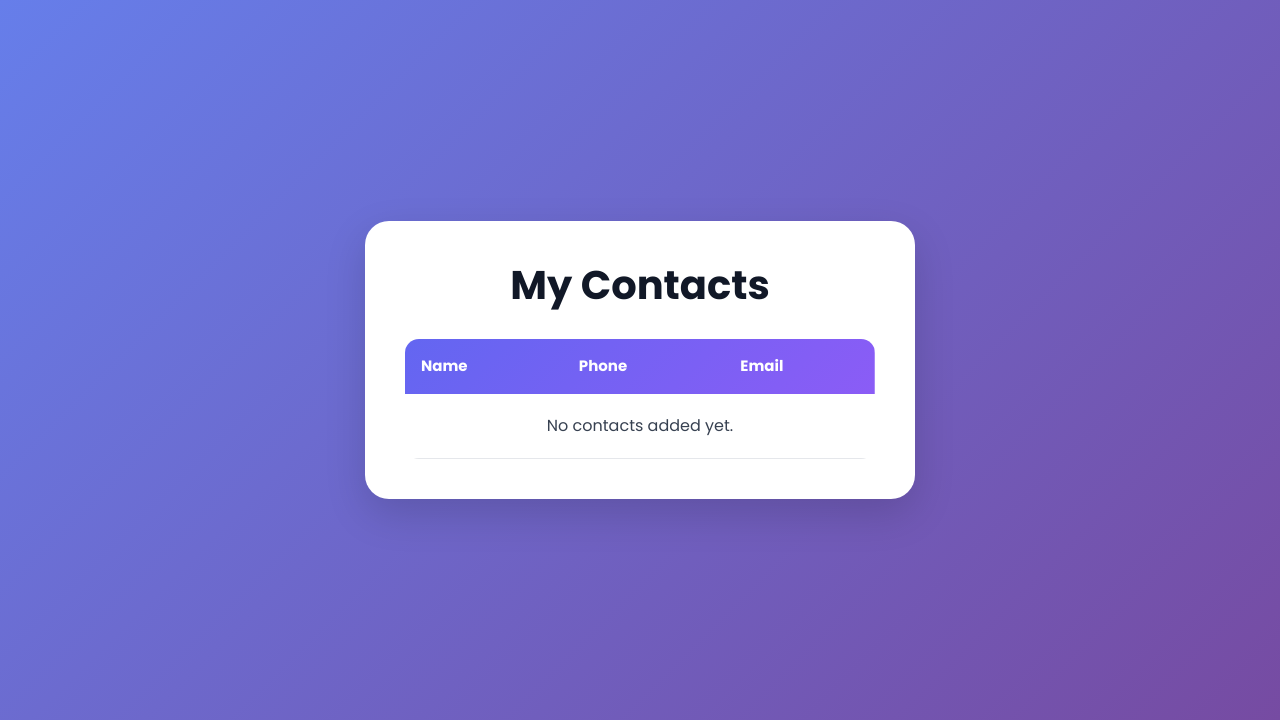
Repository: Slyadavkir/wipro-projects
Page: http://localhost/ContactManager/contacts.jsp
The author's editor kept a copy of each file at every save. The page is drawn from the files as they stood at one save, then again after the next save.
The browser window is 1280 px wide. The pictures show the whole page.
The page is served by Tomcat 9. Other server files are loaded and not shown.

Above is the page before, as saved 2026-05-10 11:48:12.

### ContactManager/src/main/webapp/contacts.jsp
<%@ page import="java.util.List" %>
<%@ page import="com.contactmanager.model.Contact" %>

<%@ page contentType="text/html;charset=UTF-8" language="java" %>
<!DOCTYPE html>
<html>
<head>
    <title>All Contacts</title>

    <link href="https://cdn.jsdelivr.net/npm/bootstrap@5.3.2/dist/css/bootstrap.min.css"
          rel="stylesheet">
          <link rel="stylesheet" href="css/style.css">
</head>
<body>
<div class="contact-card">

    <h1>My Contacts</h1>

    <div class="table-container">

       <table>

    <thead>
        <tr>
            <th>Name</th>
            <th>Phone</th>
            <th>Email</th>
        </tr>
    </thead>

    <tbody>

    <%

        List<Contact> contacts =
                (List<Contact>) session.getAttribute("contacts");

        if (contacts != null && !contacts.isEmpty()) {

            for (Contact c : contacts) {

    %>

    <tr>

        <td><%= c.getName() %></td>
        <td><%= c.getPhone() %></td>
        <td><%= c.getEmail() %></td>

    </tr>

    <%
            }
        } else {
    %>

    <tr>

        <td colspan="3"
            style="text-align:center; padding:20px;">
            No contacts added yet.
        </td>

    </tr>

    <%
        }
    %>

    </tbody>

</table>

    </div>

</div>
</body>
</html>

### ContactManager/src/main/webapp/css/style.css
/* ===== GOOGLE FONT ===== */
@import url('https://fonts.googleapis.com/css2?family=Poppins:wght@300;400;500;600;700&display=swap');

*{
    margin:0;
    padding:0;
    box-sizing:border-box;
}

body{

    font-family:'Poppins',sans-serif;

    background:
            linear-gradient(
                    135deg,
                    #667eea 0%,
                    #764ba2 100%
            );

    min-height:100vh;

    display:flex;
    justify-content:center;
    align-items:center;

    padding:30px;
}

/* ===== MAIN CARD ===== */

.contact-card{

    width:100%;
    max-width:550px;

    background:#ffffff;

    border-radius:24px;

    padding:40px;

    box-shadow:
            0 15px 40px rgba(0,0,0,0.15);

    animation:fadeIn .6s ease;
}

/* ===== HEADING ===== */

.contact-card h1{

    text-align:center;

    font-size:40px;

    font-weight:700;

    color:#111827;

    margin-bottom:10px;
}

.subtitle{

    text-align:center;

    color:#6b7280;

    font-size:15px;

    margin-bottom:35px;
}

/* ===== BUTTON ===== */

.add-btn{

    width:100%;

    border:none;

    outline:none;

    padding:15px;

    border-radius:14px;

    background:
            linear-gradient(
                    135deg,
                    #6366f1,
                    #8b5cf6
            );

    color:white;

    font-size:17px;

    font-weight:600;

    cursor:pointer;

    transition:.3s;

    margin-bottom:25px;
}

.add-btn:hover{

    transform:translateY(-3px);

    box-shadow:
            0 10px 20px rgba(99,102,241,.3);
}

/* ===== FORM ===== */

.form-container{

    display:none;
}

.input-group{

    margin-bottom:20px;
}

.input-group label{

    display:block;

    margin-bottom:8px;

    font-size:14px;

    font-weight:600;

    color:#374151;
}

.input-group input{

    width:100%;

    padding:15px;

    border-radius:12px;

    border:1px solid #d1d5db;

    background:#f9fafb;

    font-size:15px;

    transition:.3s;
}

.input-group input:focus{

    outline:none;

    border-color:#6366f1;

    background:white;

    box-shadow:
            0 0 0 4px rgba(99,102,241,.15);
}

/* ===== SAVE BUTTON ===== */

.save-btn{

    width:100%;

    border:none;

    padding:15px;

    border-radius:14px;

    background:
            linear-gradient(
                    135deg,
                    #10b981,
                    #059669
            );

    color:white;

    font-size:16px;

    font-weight:600;

    cursor:pointer;

    transition:.3s;

    margin-top:10px;
}

.save-btn:hover{

    transform:translateY(-3px);

    box-shadow:
            0 10px 20px rgba(16,185,129,.3);
}

/* ===== TABLE PAGE ===== */

.table-container{

    margin-top:30px;

    overflow-x:auto;
}

table{

    width:100%;

    border-collapse:collapse;

    border-radius:14px;

    overflow:hidden;
}

table thead{

    background:
            linear-gradient(
                    135deg,
                    #6366f1,
                    #8b5cf6
            );

    color:white;
}

table th{

    padding:16px;

    text-align:left;

    font-size:15px;
}

table td{

    padding:16px;

    border-bottom:1px solid #e5e7eb;

    color:#374151;

    background:#fff;
}

table tr:hover td{

    background:#f9fafb;
}

/* ===== EMPTY MESSAGE ===== */

.empty-msg{

    text-align:center;

    padding:20px;

    color:#6b7280;
}

/* ===== ANIMATION ===== */

@keyframes fadeIn{

    from{

        opacity:0;

        transform:translateY(20px);
    }

    to{

        opacity:1;

        transform:translateY(0);
    }
}

/* ===== RESPONSIVE ===== */

@media(max-width:600px){

    .contact-card{

        padding:25px;
    }

    .contact-card h1{

        font-size:30px;
    }

    .add-btn,
    .save-btn{

        font-size:15px;
    }
}

After the next save:
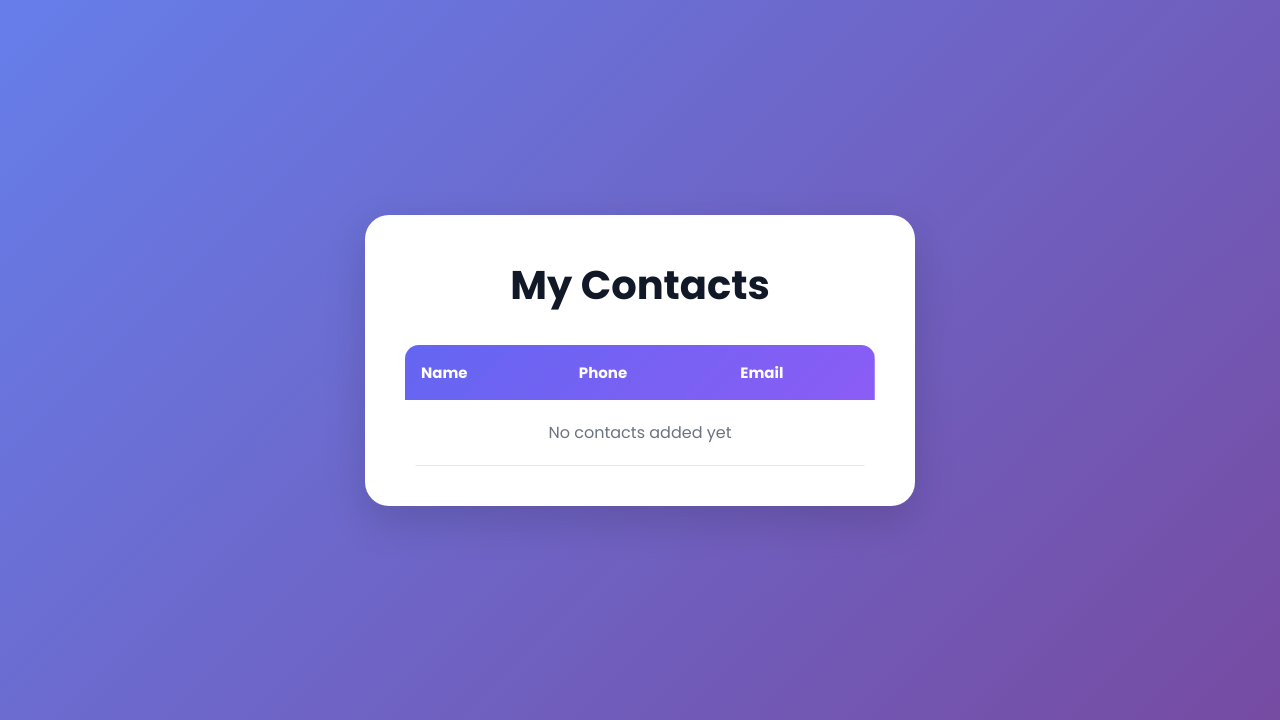
Saved 15 s later.
--- a/ContactManager/src/main/webapp/contacts.jsp
+++ b/ContactManager/src/main/webapp/contacts.jsp
@@ -1,78 +1,90 @@
 <%@ page import="java.util.List" %>
 <%@ page import="com.contactmanager.model.Contact" %>
 
-<%@ page contentType="text/html;charset=UTF-8" language="java" %>
 <!DOCTYPE html>
 <html>
 <head>
-    <title>All Contacts</title>
 
-    <link href="https://cdn.jsdelivr.net/npm/bootstrap@5.3.2/dist/css/bootstrap.min.css"
-          rel="stylesheet">
-          <link rel="stylesheet" href="css/style.css">
+    <title>My Contacts</title>
+
+    <link rel="stylesheet"
+          href="css/style.css">
+
 </head>
+
 <body>
+
 <div class="contact-card">
 
     <h1>My Contacts</h1>
 
     <div class="table-container">
 
-       <table>
+        <table>
 
-    <thead>
-        <tr>
-            <th>Name</th>
-            <th>Phone</th>
-            <th>Email</th>
-        </tr>
-    </thead>
+            <thead>
 
-    <tbody>
+            <tr>
 
-    <%
+                <th>Name</th>
+                <th>Phone</th>
+                <th>Email</th>
 
-        List<Contact> contacts =
-                (List<Contact>) session.getAttribute("contacts");
+            </tr>
 
-        if (contacts != null && !contacts.isEmpty()) {
+            </thead>
 
-            for (Contact c : contacts) {
+            <tbody>
 
-    %>
+            <%
 
-    <tr>
+                List<Contact> contacts =
+                        (List<Contact>)
+                                session.getAttribute("contacts");
 
-        <td><%= c.getName() %></td>
-        <td><%= c.getPhone() %></td>
-        <td><%= c.getEmail() %></td>
+                if(contacts!=null &&
+                        !contacts.isEmpty()){
 
-    </tr>
+                    for(Contact c : contacts){
 
-    <%
-            }
-        } else {
-    %>
+            %>
 
-    <tr>
+            <tr>
 
-        <td colspan="3"
-            style="text-align:center; padding:20px;">
-            No contacts added yet.
-        </td>
+                <td><%= c.getName() %></td>
+                <td><%= c.getPhone() %></td>
+                <td><%= c.getEmail() %></td>
 
-    </tr>
+            </tr>
 
-    <%
-        }
-    %>
+            <%
+                    }
 
-    </tbody>
+                }else{
+            %>
 
-</table>
+            <tr>
+
+                <td colspan="3"
+                    class="empty-msg">
+
+                    No contacts added yet
+
+                </td>
+
+            </tr>
+
+            <%
+                }
+            %>
+
+            </tbody>
+
+        </table>
 
     </div>
 
 </div>
+
 </body>
 </html>
